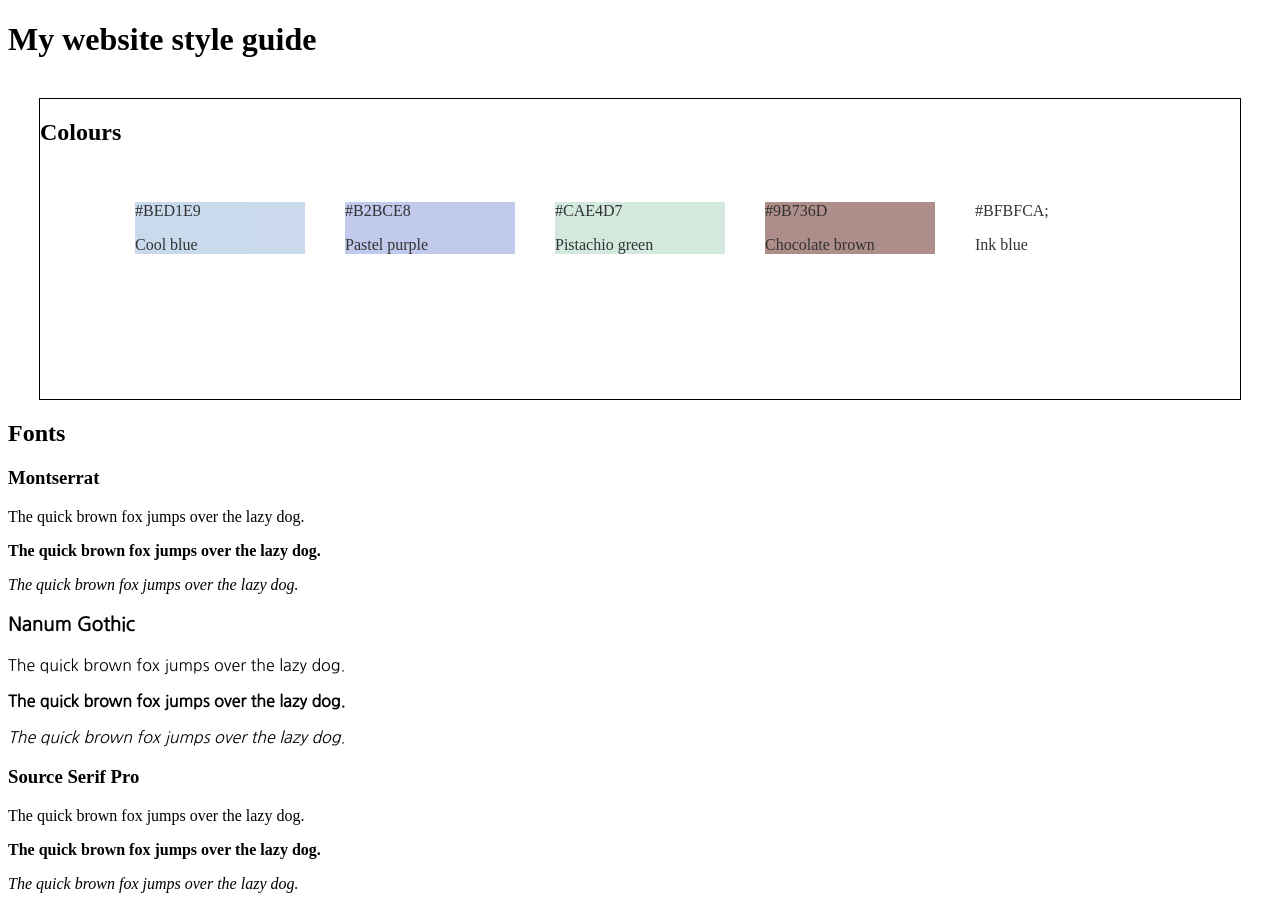
Repository: nazaninrizvi/codecademy
Page: Javascript/website-design-system/index.html
These files come from the project's save history. The page is drawn as it stood at one moment and after a run of saves; the edit follows.
The browser window is 1280 px wide. The pictures show the whole page.
Some web fonts or font styles are not loaded; a fallback is used.

Above is the page before, as saved 2021-11-26 17:17:31.

### Javascript/website-design-system/index.html
<!DOCTYPE html>
<html>
    <head>
        <title>My website style guide</title>
        <link rel="stylesheet" href="styles.css" type="text/css" />
        <link rel="preconnect" href="https://fonts.googleapis.com">
<link rel="preconnect" href="https://fonts.gstatic.com" crossorigin>
<link href="https://fonts.googleapis.com/css2?family=Montserrat&family=Nanum+Gothic&family=Source+Serif+Pro:ital,wght@1,300&display=swap" rel="stylesheet">
        <body>
        <h1>My website style guide</h1>
        <div id="colors">
            <div class="colors-container">
                <h2>Colours</h2>
                <div class="colcontainer">
                    <div class="cols"><div id="coolblue">
                        <p>#BED1E9</p>
                        <p>Cool blue</p>
                    </div></div>

                    <div class="cols"><div id="pastelPurple">
                        <p>#B2BCE8</p>
                        <p>Pastel purple</p>
                    </div></div>

                    <div class="cols"><div id="pistachio">
                        <p>#CAE4D7</p>
                        <p>Pistachio green</p>
                    </div></div>

                    <div class="cols"><div id="brown">
                        <p>#9B736D</p>
                        <p>Chocolate brown</p>
                    </div></div>

                    <div class="cols"><div id="inkBlue">
                        <p>#BFBFCA;</p>
                        <p>Ink blue</p>
                    </div></div>
                </div>
            </div>
        </div>
        <div id="fonts">
           <h2>Fonts</h2>
           <div class="fontcontainer">
               <div class='font' id='montserrat'>
                   <h3>Montserrat</h3>
                    <p>The quick brown fox jumps over the lazy dog.</p>
                    <p><b>The quick brown fox jumps over the lazy dog.</b></p>
                    <p><i>The quick brown fox jumps over the lazy dog.</i></p>                </i></p>
                </div>

                <div class='font' id="nanum">
                    <h3>Nanum Gothic</h3>
                     <p>The quick brown fox jumps over the lazy dog.</p>
                     <p><b>The quick brown fox jumps over the lazy dog.</b></p>
                     <p><i>The quick brown fox jumps over the lazy dog.</i></p>                </i></p>
                </div>

                <div class='font' id="sourceSerif">
                    <h3>Source Serif Pro</h3>
                     <p>The quick brown fox jumps over the lazy dog.</p>
                     <p><b>The quick brown fox jumps over the lazy dog.</b></p>
                     <p><i>The quick brown fox jumps over the lazy dog.</i></p>                </i></p>
                 </div>
           </div>
        </div>
    </body>
</html>

### Javascript/website-design-system/styles.css


.colors-container{
    height: 300px;
    max-width: 1200px;
    margin: 40px auto auto auto;
    border: 1px solid black;
  }

  .colcontainer{
    max-width: 1050px;
    margin: 15px auto auto auto;
    display: flex;
    justify-content: space-between;
  }

  .cols{
    height: 300px;
    padding: 20px;
    margin-bottom: auto;
    flex-basis: 30%;
    box-sizing: border-box;
    opacity: 0.8;
  }

#coolblue{
    background-color: #bed1e9;
  }

#pastelPurple{
    background-color: #B2BCE8;
}

#pistachio{
    background-color: #CAE4D7;
}

#brown{
    background-color: #9B736D;
}

#inkBlue

#montserrat{
  font-family: 'Montserrat', sans-serif;
}

#nanum{
  font-family: 'Nanum Gothic', sans-serif;
}

#sourceSerif{
  font-family: 'Source Serif Pro', serif;
}

After the next 3 saves:
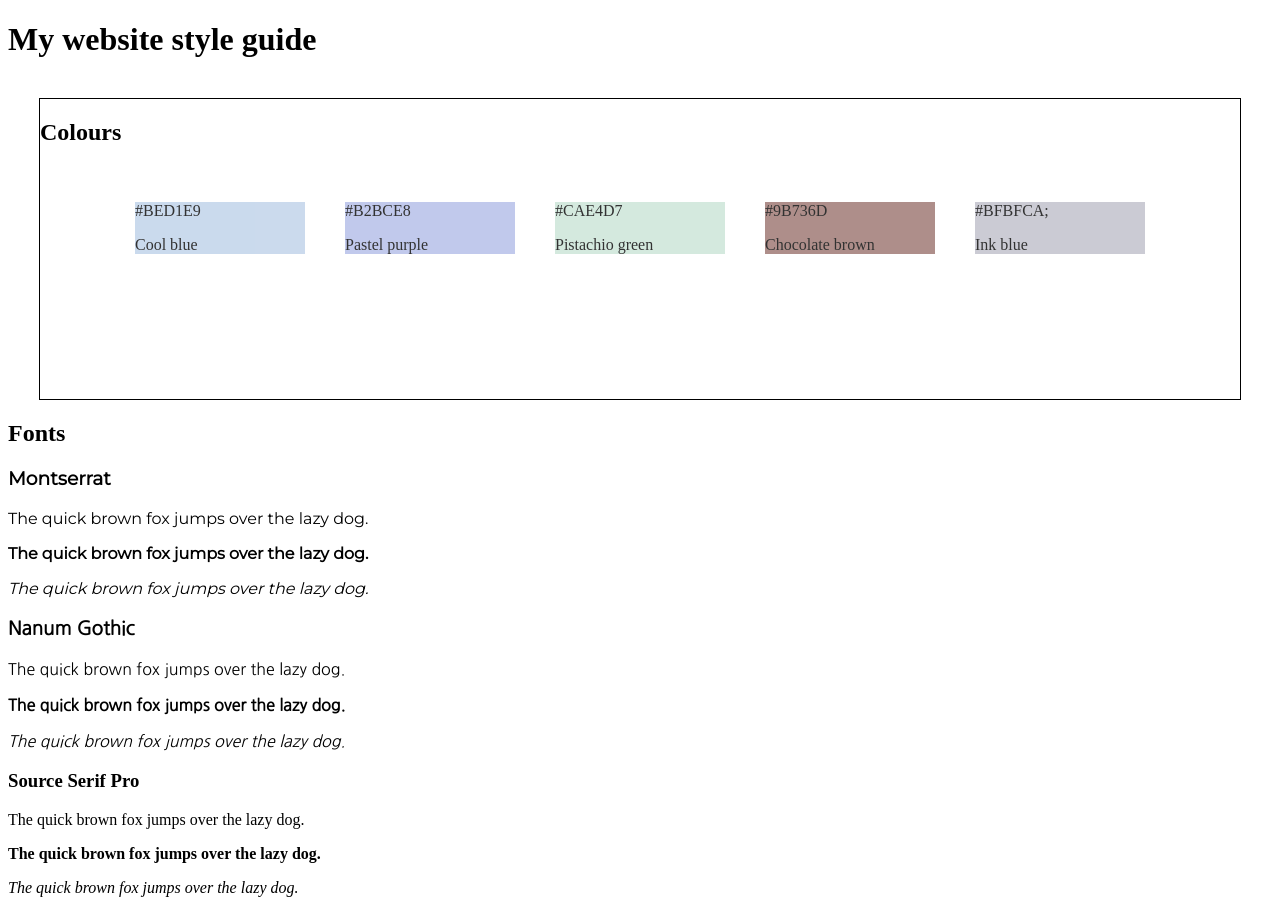
The 3 saves are shown as one change because they came seconds apart.
The last was saved 11 s later.
--- a/Javascript/website-design-system/styles.css
+++ b/Javascript/website-design-system/styles.css
@@ -39,7 +39,9 @@
     background-color: #9B736D;
 }
 
-#inkBlue
+#inkBlue{
+    background-color: #BFBFCA;
+}
 
 #montserrat{
   font-family: 'Montserrat', sans-serif;
